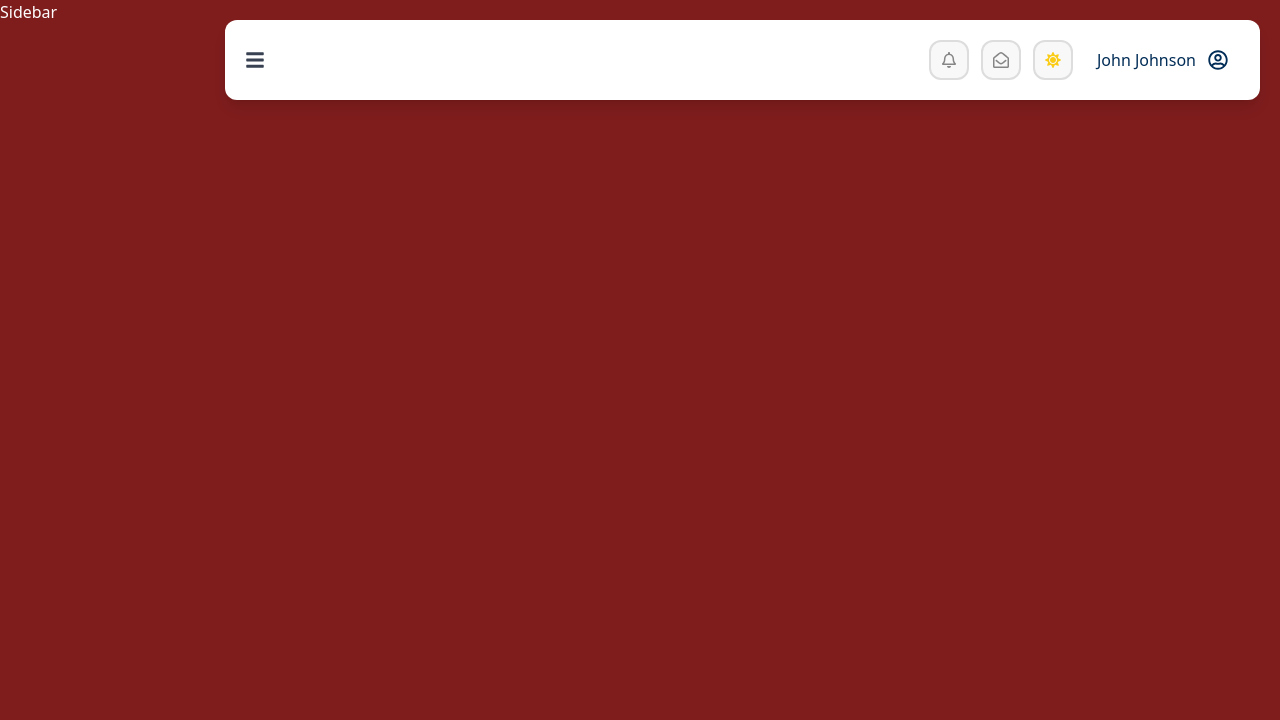
Repository: farrelmuhammad/redesign-bo
Page: /
An editor plug-in stored every save of this project. The page is shown before and after the next save, followed by the edit.
The browser window is 1280 px wide. The pictures show the whole page.
The project was rebuilt for these pictures with package versions that can differ from the ones it lists, and the page was loaded fresh each time. Also part of the build but not shown: src/App.css.

Above is the page before, as saved 2024-03-02 19:29:27.

After the next save:
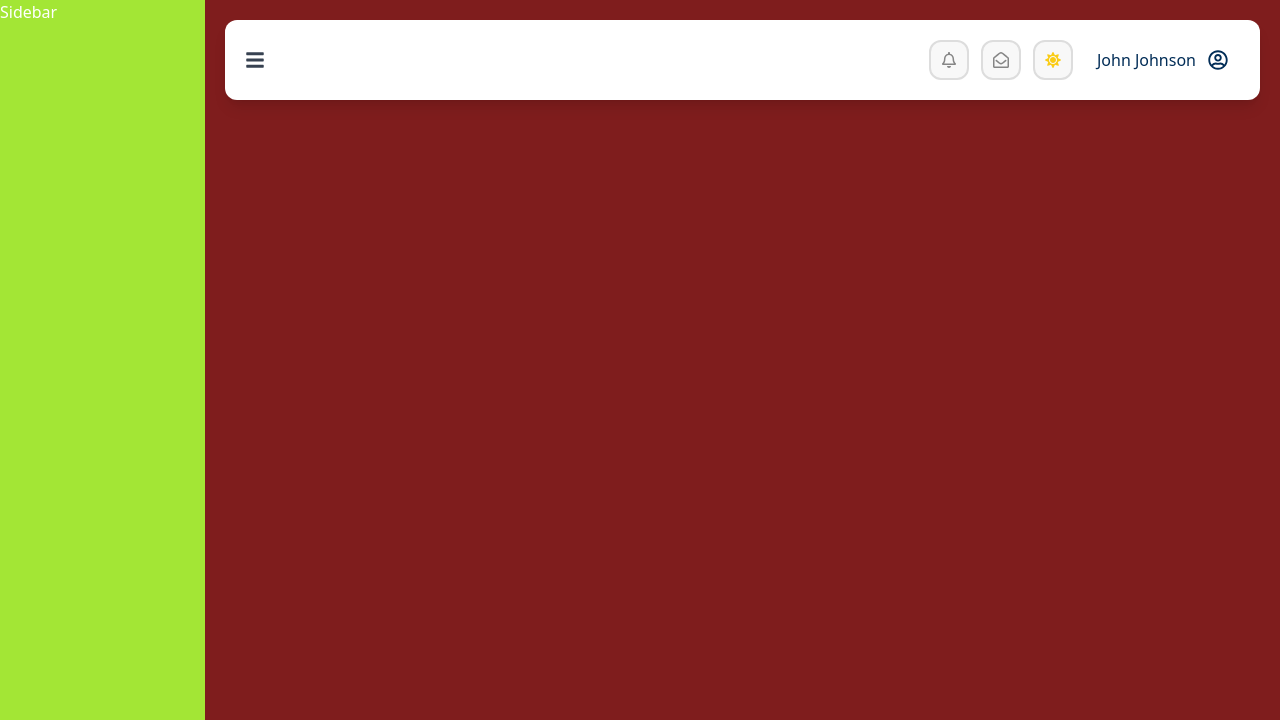
Saved 11 s later.
--- a/src/components/Sidebar.tsx
+++ b/src/components/Sidebar.tsx
@@ -2,7 +2,7 @@ import React from 'react'
 
 const Sidebar = () => {
   return (
-    <aside className='flex flex-col h-screen w-1/5'>Sidebar</aside>
+    <aside className='flex flex-col h-screen w-1/5 bg-lime-400'>Sidebar</aside>
   )
 }
 
